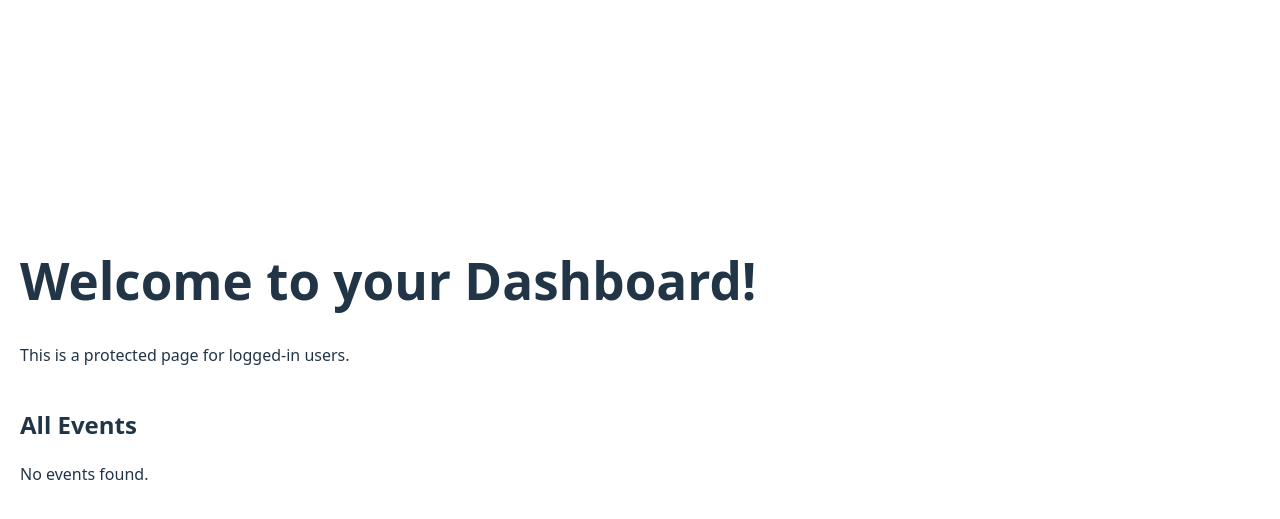
Repository: EphrahimLaanyu123/Karis
Page: /dashboard
The author's editor kept a copy of each file at every save. The page is drawn from the files as they stood at one save, then again after the next save.
The browser window is 1280 px wide. The pictures show the whole page.
The page's requests for data from a server got no answer. The project was rebuilt for these pictures with package versions that can differ from the ones it lists, and the page was loaded fresh each time. No one was signed in, and anything a server would have sent is missing. Also part of the build but not shown: vite.config.js, src/components/Auth.jsx, src/components/admin/Dashboard.jsx, src/components/admin/ProtectedAdminRoute.jsx.

Above is the page before, as saved 2025-05-16 20:58:39.

### src/App.jsx
import React from 'react';
import { BrowserRouter as Router, Routes, Route, Navigate } from 'react-router-dom';

import Auth from './components/Auth';
import Dashboard from './components/Dashboard';
import AdminDashboard from './components/admin/Dashboard';
import ProtectedAdminRoute from './components/admin/ProtectedAdminRoute';

function App() {
  return (
    <Router>
      <Routes>
        <Route path="/" element={<Auth />} />
        <Route path="/dashboard" element={<Dashboard />} />

        <Route
          path="/admin/dashboard"
          element={
            <ProtectedAdminRoute>
              <AdminDashboard />
            </ProtectedAdminRoute>
          }
        />

        <Route path="*" element={<Navigate to="/" />} />
      </Routes>
    </Router>
  );
}

export default App;

### src/components/Dashboard.jsx
// src/Dashboard.jsx
import React, { useEffect, useState } from 'react';

const Dashboard = () => {
  const [events, setEvents] = useState([]);
  const [loading, setLoading] = useState(true);
  const [userId, setUserId] = useState("USER_ID_HERE"); // Replace or get from auth context
  const [bookingStatus, setBookingStatus] = useState({}); // track individual booking status

  useEffect(() => {
    const fetchEvents = async () => {
      try {
        const res = await fetch('http://localhost:3000/api/events');
        const data = await res.json();
        setEvents(data);
      } catch (err) {
        console.error('Error fetching events:', err);
      } finally {
        setLoading(false);
      }
    };

    fetchEvents();
  }, []);

  const handleBookTicket = async (eventId) => {
    try {
      const res = await fetch(`http://localhost:3000/api/events/book/${eventId}`, {
        method: 'POST',
        headers: { 'Content-Type': 'application/json' },
        body: JSON.stringify({ userId }),
      });

      const result = await res.json();

      if (res.ok) {
        setBookingStatus((prev) => ({ ...prev, [eventId]: 'Booked successfully!' }));

        // Re-fetch events to reflect updated ticket count
        const updatedRes = await fetch('http://localhost:3000/api/events');
        const updatedData = await updatedRes.json();
        setEvents(updatedData);
      } else {
        setBookingStatus((prev) => ({ ...prev, [eventId]: result.message }));
      }
    } catch (err) {
      console.error('Booking error:', err);
      setBookingStatus((prev) => ({ ...prev, [eventId]: 'Booking failed.' }));
    }
  };

  return (
    <div style={{ padding: 20 }}>
      <h1>Welcome to your Dashboard!</h1>
      <p>This is a protected page for logged-in users.</p>

      <h2 style={{ marginTop: 40 }}>All Events</h2>

      {loading ? (
        <p>Loading events...</p>
      ) : events.length === 0 ? (
        <p>No events found.</p>
      ) : (
        <ul>
          {events.map(event => {
            const availableTickets = event.remainingTickets;
            const totalTickets = event.totalTickets;

            return (
              <li key={event._id} style={{ marginBottom: 20, border: '1px solid #ccc', padding: 10, borderRadius: 8 }}>
                <strong>{event.title}</strong> — {new Date(event.date).toLocaleDateString()}
                <br />
                <em>{event.description}</em>
                <br />
                <span>Total Tickets: {totalTickets}</span>
                <br />
                <span>Remaining Tickets: {availableTickets}</span>
                <br />
                <button
                  onClick={() => handleBookTicket(event._id)}
                  disabled={availableTickets === 0}
                  style={{ marginTop: 5 }}
                >
                  Book Ticket
                </button>
                {bookingStatus[event._id] && (
                  <p style={{ margin: 0, color: 'green' }}>{bookingStatus[event._id]}</p>
                )}
              </li>
            );
          })}
        </ul>
      )}
    </div>
  );
};

export default Dashboard;

Loaded but not shown: index.html (common file); src/main.jsx (common file); src/index.css (common file)

After the next save:
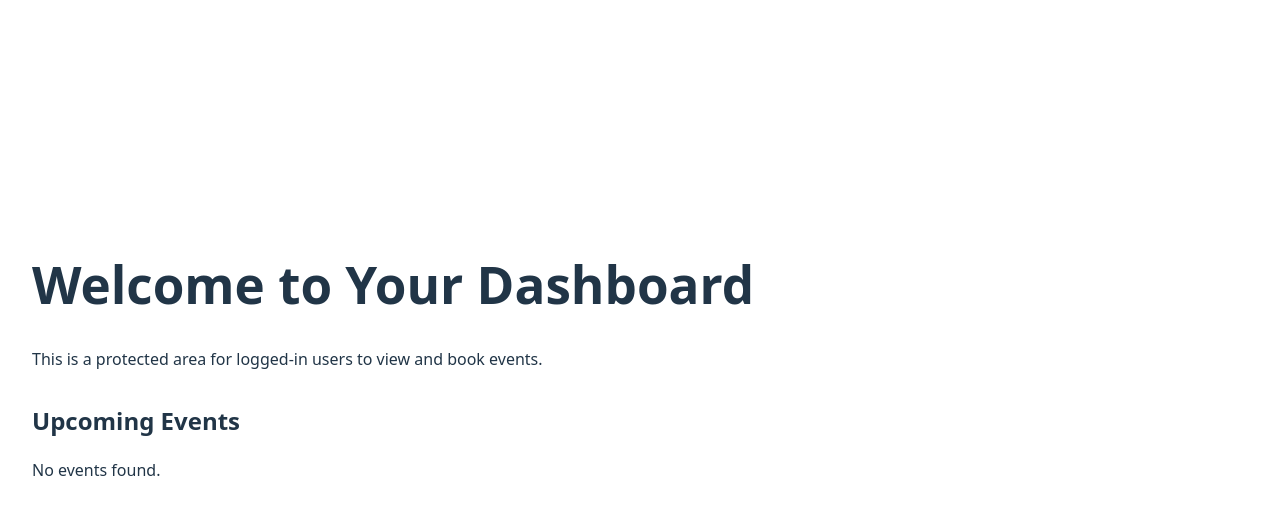
Saved 10 min 46 s later.
--- a/src/components/Dashboard.jsx
+++ b/src/components/Dashboard.jsx
@@ -4,26 +4,43 @@ import React, { useEffect, useState } from 'react';
 const Dashboard = () => {
   const [events, setEvents] = useState([]);
   const [loading, setLoading] = useState(true);
-  const [userId, setUserId] = useState("USER_ID_HERE"); // Replace or get from auth context
-  const [bookingStatus, setBookingStatus] = useState({}); // track individual booking status
+  const [userId, setUserId] = useState(null); // Will be set from localStorage or auth
+  const [bookingStatus, setBookingStatus] = useState({}); // Tracks booking status per event
 
+  // Load user and events on mount
   useEffect(() => {
-    const fetchEvents = async () => {
+    const loadUserAndEvents = async () => {
       try {
+        // Get user ID from localStorage or auth context
+        const storedUser = JSON.parse(localStorage.getItem('user'));
+        if (storedUser && storedUser._id) {
+          setUserId(storedUser._id);
+        } else {
+          console.warn('No user found in localStorage.');
+          return;
+        }
+
+        // Fetch all events
         const res = await fetch('http://localhost:3000/api/events');
         const data = await res.json();
         setEvents(data);
-      } catch (err) {
-        console.error('Error fetching events:', err);
+      } catch (error) {
+        console.error('Error loading dashboard data:', error);
       } finally {
         setLoading(false);
       }
     };
 
-    fetchEvents();
+    loadUserAndEvents();
   }, []);
 
+  // Handle booking a ticket
   const handleBookTicket = async (eventId) => {
+    if (!userId) {
+      setBookingStatus((prev) => ({ ...prev, [eventId]: 'User not logged in.' }));
+      return;
+    }
+
     try {
       const res = await fetch(`http://localhost:3000/api/events/book/${eventId}`, {
         method: 'POST',
@@ -34,57 +51,94 @@ const Dashboard = () => {
       const result = await res.json();
 
       if (res.ok) {
-        setBookingStatus((prev) => ({ ...prev, [eventId]: 'Booked successfully!' }));
+        setBookingStatus((prev) => ({
+          ...prev,
+          [eventId]: 'Ticket booked successfully!',
+        }));
 
-        // Re-fetch events to reflect updated ticket count
+        // Refresh events to update remaining ticket counts
         const updatedRes = await fetch('http://localhost:3000/api/events');
         const updatedData = await updatedRes.json();
         setEvents(updatedData);
       } else {
-        setBookingStatus((prev) => ({ ...prev, [eventId]: result.message }));
+        setBookingStatus((prev) => ({
+          ...prev,
+          [eventId]: result.message || 'Booking failed.',
+        }));
       }
-    } catch (err) {
-      console.error('Booking error:', err);
-      setBookingStatus((prev) => ({ ...prev, [eventId]: 'Booking failed.' }));
+    } catch (error) {
+      console.error('Booking error:', error);
+      setBookingStatus((prev) => ({
+        ...prev,
+        [eventId]: 'An error occurred while booking.',
+      }));
     }
   };
 
   return (
-    <div style={{ padding: 20 }}>
-      <h1>Welcome to your Dashboard!</h1>
-      <p>This is a protected page for logged-in users.</p>
+    <div style={{ padding: '2rem' }}>
+      <h1>Welcome to Your Dashboard</h1>
+      <p>This is a protected area for logged-in users to view and book events.</p>
 
-      <h2 style={{ marginTop: 40 }}>All Events</h2>
+      <h2 style={{ marginTop: '2rem' }}>Upcoming Events</h2>
 
       {loading ? (
         <p>Loading events...</p>
       ) : events.length === 0 ? (
         <p>No events found.</p>
       ) : (
-        <ul>
-          {events.map(event => {
-            const availableTickets = event.remainingTickets;
-            const totalTickets = event.totalTickets;
+        <ul style={{ listStyleType: 'none', padding: 0 }}>
+          {events.map((event) => {
+            const isBooked = bookingStatus[event._id] === 'Ticket booked successfully!';
+            const availableTickets = event.remainingTickets ?? (event.totalTickets - event.bookedTickets);
 
             return (
-              <li key={event._id} style={{ marginBottom: 20, border: '1px solid #ccc', padding: 10, borderRadius: 8 }}>
-                <strong>{event.title}</strong> — {new Date(event.date).toLocaleDateString()}
-                <br />
-                <em>{event.description}</em>
-                <br />
-                <span>Total Tickets: {totalTickets}</span>
-                <br />
-                <span>Remaining Tickets: {availableTickets}</span>
-                <br />
+              <li
+                key={event._id}
+                style={{
+                  marginBottom: '1.5rem',
+                  padding: '1rem',
+                  border: '1px solid #ccc',
+                  borderRadius: '10px',
+                  backgroundColor: '#f9f9f9',
+                }}
+              >
+                <h3>{event.title}</h3>
+                <p>{new Date(event.date).toLocaleString()}</p>
+                <p>{event.description}</p>
+                <p>
+                  <strong>Total Tickets:</strong> {event.totalTickets}
+                  <br />
+                  <strong>Remaining Tickets:</strong> {availableTickets}
+                </p>
+
                 <button
                   onClick={() => handleBookTicket(event._id)}
-                  disabled={availableTickets === 0}
-                  style={{ marginTop: 5 }}
+                  disabled={availableTickets <= 0 || isBooked}
+                  style={{
+                    padding: '0.5rem 1rem',
+                    borderRadius: '5px',
+                    backgroundColor: isBooked ? 'gray' : '#007bff',
+                    color: '#fff',
+                    border: 'none',
+                    cursor: availableTickets <= 0 || isBooked ? 'not-allowed' : 'pointer',
+                  }}
                 >
-                  Book Ticket
+                  {isBooked ? 'Already Booked' : 'Book Ticket'}
                 </button>
+
                 {bookingStatus[event._id] && (
-                  <p style={{ margin: 0, color: 'green' }}>{bookingStatus[event._id]}</p>
+                  <p
+                    style={{
+                      marginTop: '0.5rem',
+                      color:
+                        bookingStatus[event._id] === 'Ticket booked successfully!'
+                          ? 'green'
+                          : 'red',
+                    }}
+                  >
+                    {bookingStatus[event._id]}
+                  </p>
                 )}
               </li>
             );
